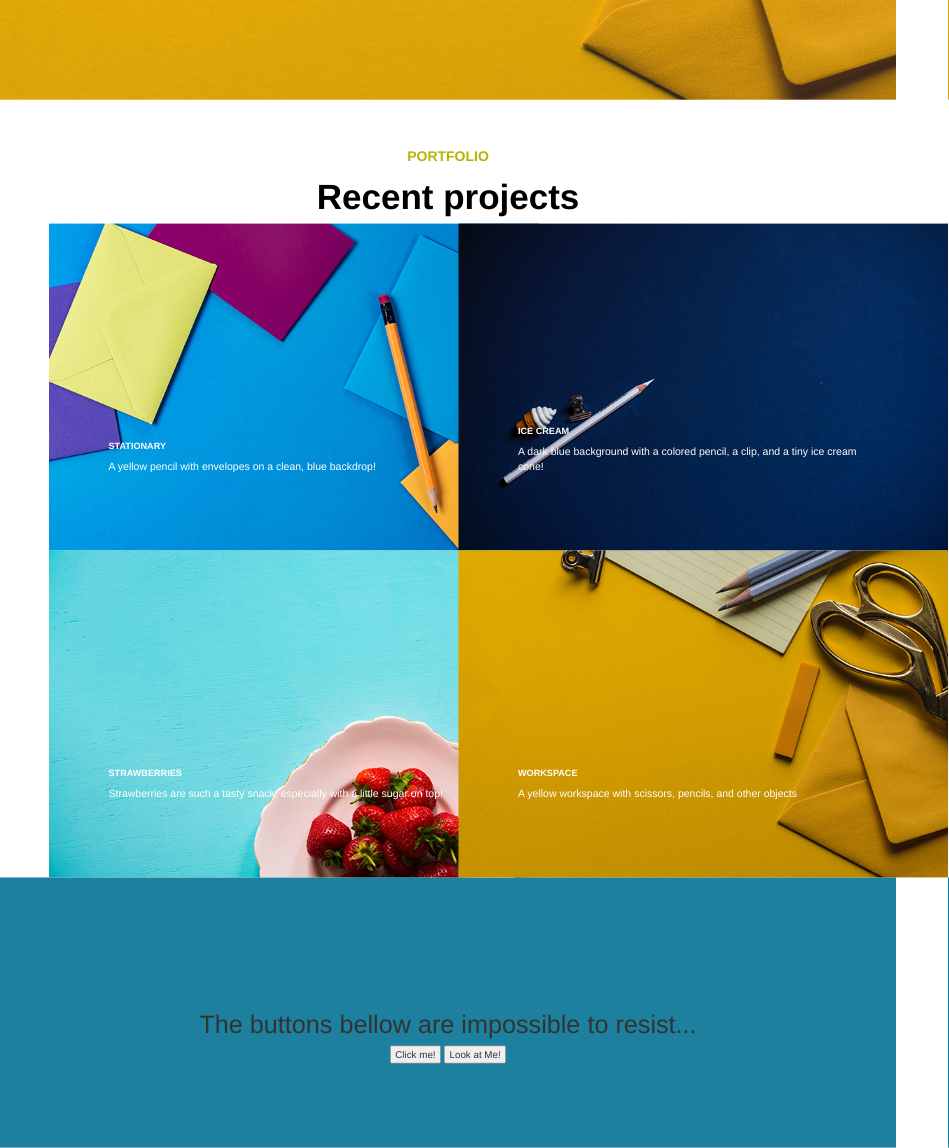
Repository: codin-full-stack/tomasz
Page: http://localhost/tomasz/portfolio/index.php
An editor plug-in stored every save of this project. The page is shown before and after the next save, followed by the edit.
The browser window is 1280 px wide. The page is 1355 px wide, so the pictures cover 1355 px, including what lies to the right of the window. The pictures show the part of the page from y = 2288 to 4128 px (the page is 3928 px tall before and 4128 px after), at 70% of full size.
Some web libraries are served in a nearby version. The page is run by PHP 8.4 with error messages shown; the project is at /var/www/html/.

Above is the page before, as saved 2018-10-23 09:25:29.

### portfolio/index.php
<!DOCTYPE html>
<html lang="en">
  <head>
    <meta charset="utf-8">
    <meta name="viewport" content="width=device-width, initial-scale=1, shrink-to-fit=no">
    <link rel="stylesheet" href="styles.css">
    <!-- Latest compiled and minified CSS -->
    <link rel="stylesheet" href="https://maxcdn.bootstrapcdn.com/bootstrap/3.3.7/css/bootstrap.min.css">
    <link rel="stylesheet" href="https://use.fontawesome.com/releases/v5.4.1/css/all.css" integrity="sha384-5sAR7xN1Nv6T6+dT2mhtzEpVJvfS3NScPQTrOxhwjIuvcA67KV2R5Jz6kr4abQsz" crossorigin="anonymous">
    <!-- jQuery library -->
    <script src="https://ajax.googleapis.com/ajax/libs/jquery/3.3.1/jquery.min.js"></script>
    <!-- Latest compiled JavaScript -->
    <script src="https://maxcdn.bootstrapcdn.com/bootstrap/3.3.7/js/bootstrap.min.js"></script>
  </head>

<body>
    <section class="first">
      <div class="container-fluid flex">
        <div class="textbox">
        <h1 class="maintext">Stylish portfolio</h1>
        <h2 class="secondtext"><i>A free Bootstrap Theme by Start Bootstrap</i></h2>
        <button class="button">Find Out More</button>
        </div>
      </div>
    </section>

    <section class="second">
      <div class="container-fluid flex">
        <div class="textbox2">
          <h1 class="maintext2">Stylish portfolio is the perfect theme for your next project!</h1>
          <h2 class="secondtext2"><i>This theme features is flexible, UX friendly sidebar menu and stock photos from your friends at Unsplash!</i></h2>
          <button class="button2">What We Offer</button>
        </div>
      </div>
    </section>

    <section class="third">
      <div class="container flex">
        <div class="textbox3">
        <h2 class="secondtext3">SERVICES</h2>
        <h1 class="maintext3">What We Offer</h1>
          <div class="row">
              <div class="col-md-3">
                <div class="iconframe"></div>
                <p class="maintext4">Responsive</p>
                <p class="secondtext4">Looks great on any screen size!</p>
              </div>
              <div class="col-md-3">
              <div class="iconframe"></div>
                <p class="maintext4">Redesigned</p>
                <p class="secondtext4">Freshly design for Boostrap 4.</p>
              </div>
              <div class="col-md-3">
                <div class="iconframe"></div>
                  <p class="maintext4">Favorited</p>
                  <p class="secondtext4">Million of users (icon) Boostrap!</p>

              </div>
              <div class="col-md-3">
                <div class="iconframe"></div>
                  <p class="maintext4">Question</p>
                  <p class="secondtext4">I mustache you a question..</p>
              </div>
            </div>
        </div>
      </div>
    </section>

        <section class="fourth">
      <div class="container-fluid flex">
        <div class="textbox4">
        <h1 class="maintext5">Welcome to your next Website!</h1>
        <button class="button">Download now</button>
        </div>
      </div>
    </section>

<section class="fifth">
      <div class="container flex">
        <div class="textbox5">
        <h2 class="secondtext5">PORTFOLIO</h2>
        <h1 class="maintext5">Recent projects</h1>
          <div class="row">
              <div class="col-md-6">
                <img src="images/portfolio-1.jpg" alt="">
                  <div class="photobox">
                  <h2 class="maintext6">STATIONARY</h2>
                  <p class="secondtext6">A yellow pencil with envelopes on a clean, blue backdrop!</p>
                  </div>
              </div>
              <div class="col-md-6">
              <img src="images/portfolio-2.jpg" alt="">
                <div class="photobox">
                  <h2 class="maintext6">ICE CREAM</h2>
                  <p class="secondtext6">A dark blue background with a colored pencil, a clip, and a tiny ice cream cone!</p>
                </div>
              </div>
            </div>
            <div class="row">
              <div class="col-md-6">
              <img src="images/portfolio-3.jpg" alt="">
                <div class="photobox">
                  <h2 class="maintext6">STRAWBERRIES</h2>
                  <p class="secondtext6">Strawberries are such a tasty snack, especially with a little sugar on top!</p>
                </div>
              </div>
              <div class="col-md-6">
                <img src="images/portfolio-4.jpg" alt="">
                  <div class="photobox">
                    <h2 class="maintext6">WORKSPACE</h2>
                    <p class="secondtext6">A yellow workspace with scissors, pencils, and other objects</p>
                </div>
              </div>
            </div>
        </div>
      </div>
    </section>


    <section class="seventh">
      <div class="container-fluid flex">
        <div class="textbox7">
          <h1 class="maintext7">The buttons bellow are impossible to resist...</h1>
          <button class="button7-1">Click me!</button>
          <button class="button7-2">Look at Me!</button>
        </div>
      </div>
    </section>




</body>



























</html>

### portfolio/styles.css
body {
    /* width: 100vw;
    height: 100vh; */
}

.first {
    height: 100vh;
    display: flex;
    width: 100%;
    background-image: url("images/bg-masthead.jpg");
    background-position: left;
    background-repeat: no-repeat;
    background-size: cover;
}

.second {
    padding: 120px 0;
    background-color: #ffffff;

}
.third {
    background-color: #1d809f;
    height: 550px;
}

.fourth {
    height: 100vh;
    background-image: url("images/bg-callout.jpg");
    background-position: left;
    background-repeat: no-repeat;
    background-size: cover;
}
.fifth {
    /* height: 100vh; */

}
.seventh {
    padding: 120px 0;
    background-color: #1d809f;
}

.textbox {
    width: 650px;
    align-self: center;
    text-align: center;
    margin: 0 auto;
}
.textbox2 {

    width: 840px;
    align-self: center;
    text-align: center;
    margin: 0 auto;
}

.textbox3 {
    padding-top: 100px;
    align-self: center;
    text-align: center;
    margin: 0 auto;
}
.textbox4 {
    padding-top: 350px;
    align-self: center;
    text-align: center;
    margin: 0 auto;
}
.textbox5 {
    padding-top: 50px;
    align-self: center;
    text-align: center;
    margin: 0 auto;
}

.textbox7 {
    padding-top: 50px;
    align-self: center;
    text-align: center;
    margin: 0 auto;
}

.first h1 {
    font-size: 85px;
}

.first h2 {
    font-size: 30px;
}

.second h1 {
    font-size: 26px;
    font-weight: 750;
}
.second h2 {
    font-size: 16px;
    font-weight: 750;
}
.third h2 {
    font-size: 20px;
    font-weight: bold;
    color: #b6b307;
}

.third h1 {
    font-size: 50px;
    font-weight: bold;
    color: #ffffff;
}
.fourth h1 {
    font-size: 50px;
    font-weight: bold;
    color: #000000;
}

.maintext4 {
    font-size: 30px;
    font-weight: bold;
    color: #ffffff;
}

.secondtext4 {
    font-size: 20px;
    font-weight: bold;
    color: #bcd4d1;
}

.fifth h2 {
    font-size: 20px;
    font-weight: bold;
    color: #b6b307;
}

.fifth h1 {
    font-size: 50px;
    font-weight: bold;
    color: #000000;
}

.photobox h2 {
    color: #ffffff;
    font-size:  13px;
    text-align: left;
}

.photobox p {
    color: #ffffff;
    text-align: left;
    font-size: 15px;
}
.container-fluid {

}

.flex {
    display: flex;
}

.button {
    width: 185px;
    height: 65px;
    background-color: #1d809f;
    border: none;
    color: #ffffff;
    align-self: center;
    margin-top: 40px;
}

.button2 {
    width: 185px;
    height: 65px;
    background-color: #000000;
    border: none;
    color: #ffffff;
    margin-top: 40px;
}

.iconframe {
    height: 120px;
    width: 120px;
    background-color: #ffffff;
    border-radius: 100%;
    display: inline-block;
}

.photobox {
    position: absolute;
    bottom: 100px;
    left: 100px;
}

After the next save:
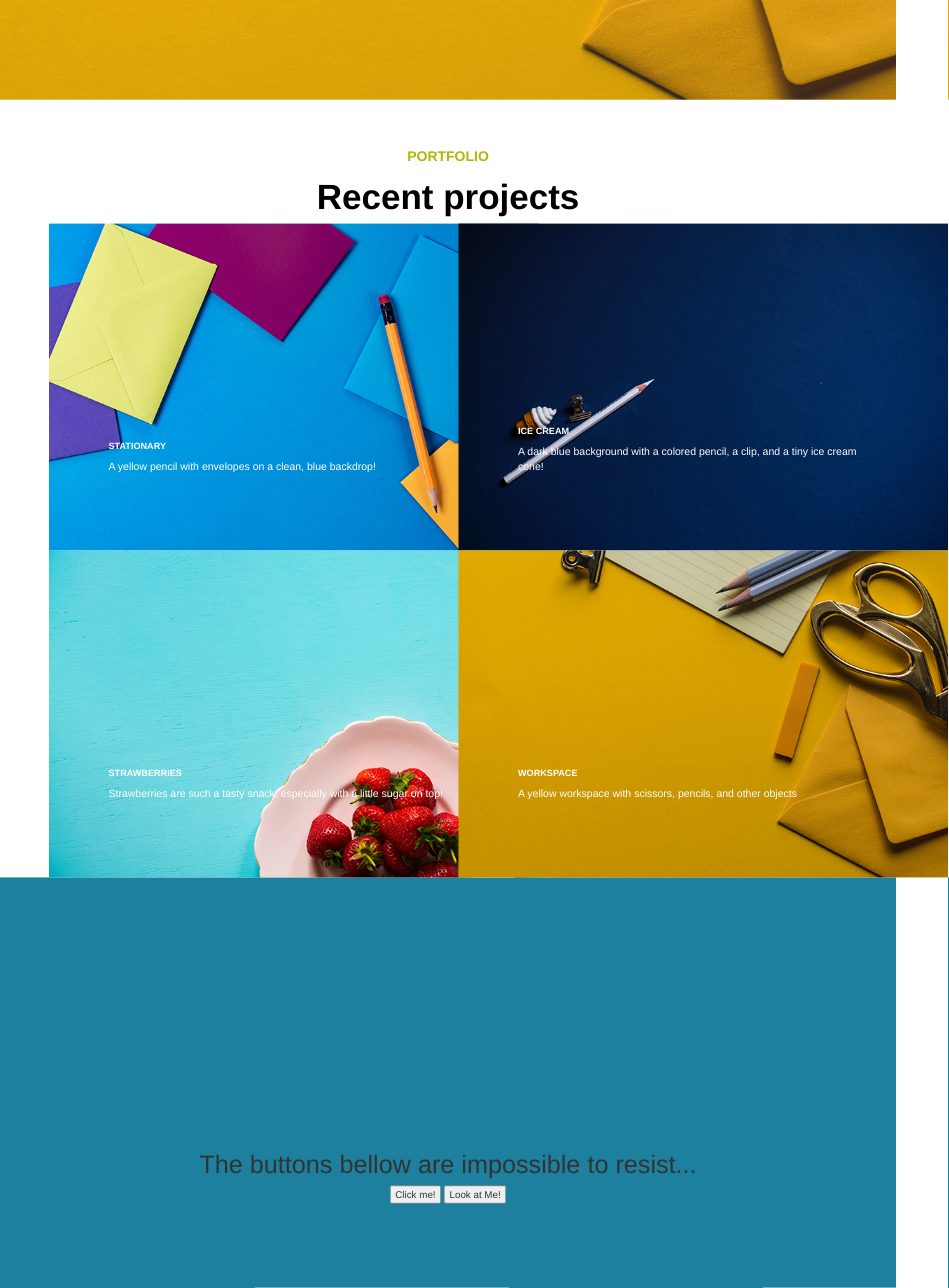
Saved 52 s later.
--- a/portfolio/styles.css
+++ b/portfolio/styles.css
@@ -73,7 +73,7 @@
 }
 
 .textbox7 {
-    padding-top: 50px;
+    padding-top: 250px;
     align-self: center;
     text-align: center;
     margin: 0 auto;

After the save that followed:
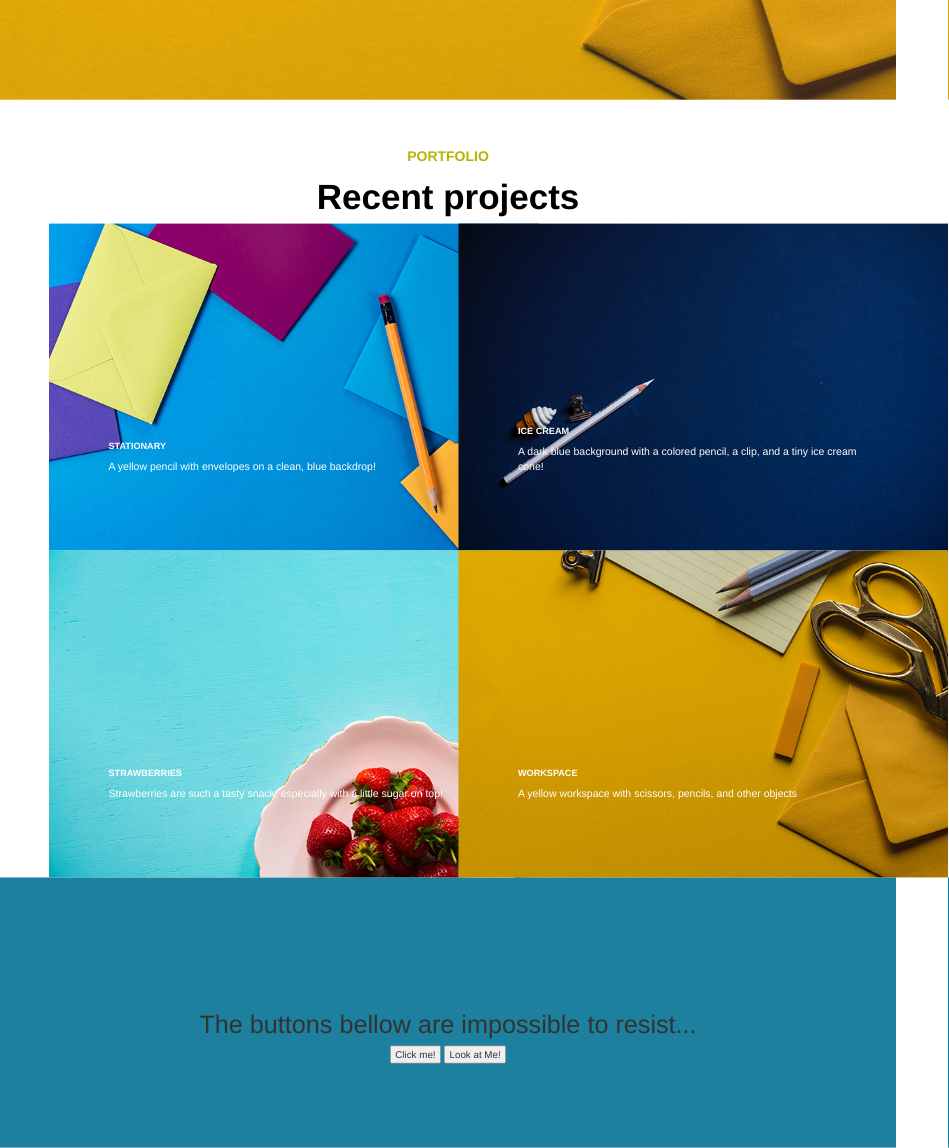
Saved 4 s later.
--- a/portfolio/styles.css
+++ b/portfolio/styles.css
@@ -73,7 +73,7 @@
 }
 
 .textbox7 {
-    padding-top: 250px;
+    padding-top: 50px;
     align-self: center;
     text-align: center;
     margin: 0 auto;
